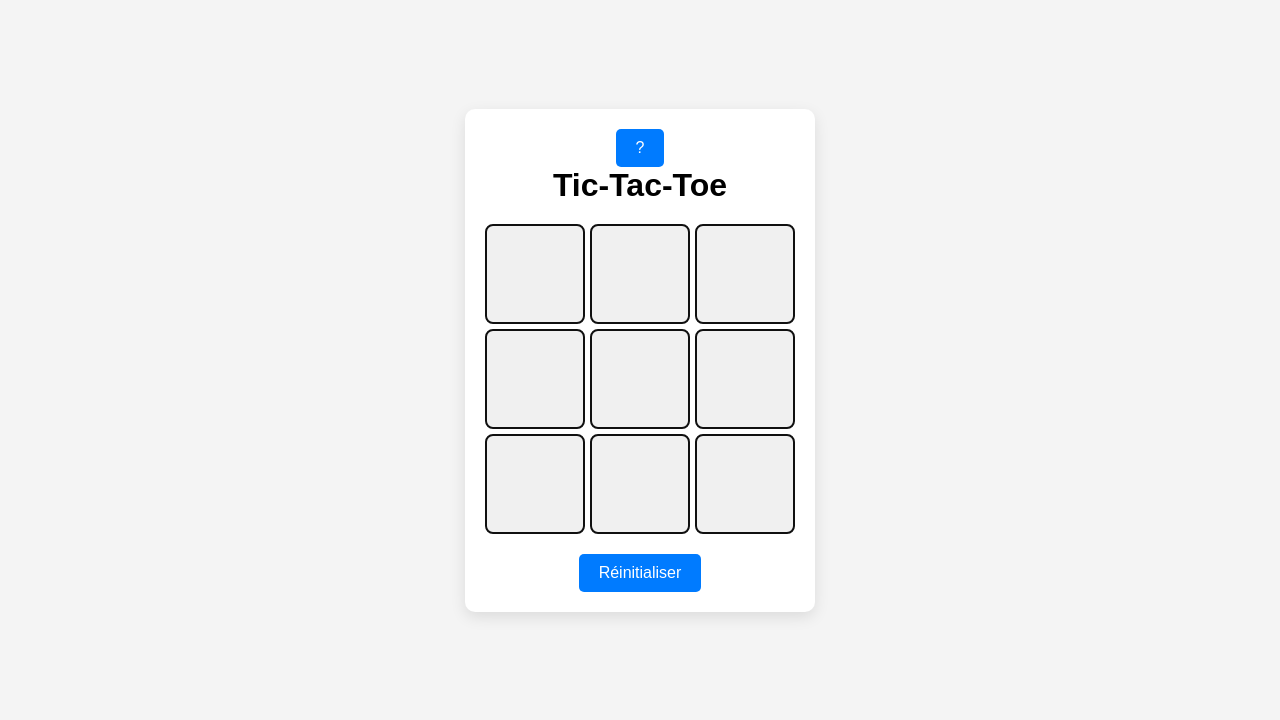
Repository: FTheo57/EvaluationGit
Page: index.html
These files come from the project's save history. The page is drawn as it stood at one moment and after a run of saves; the edit follows.
The browser window is 1280 px wide. The pictures show the whole page.

Above is the page before, as saved 2025-03-10 16:16:51.

### index.html
<!DOCTYPE html>
<html lang="fr">
<head>
    <meta charset="UTF-8">
    <meta name="viewport" content="width=device-width, initial-scale=1.0">
    <title>Tic-Tac-Toe</title>
    <link rel="stylesheet" href="/css/styles.css"
</head>
<body>
    <div class="container">
        <button class="rules-btn" id="rules-btn">?</button>
        <h1>Tic-Tac-Toe</h1>
        <div class="game-board" id="game-board">
            <div class="cell" data-index="0"></div>
            <div class="cell" data-index="1"></div>
            <div class="cell" data-index="2"></div>
            <div class="cell" data-index="3"></div>
            <div class="cell" data-index="4"></div>
            <div class="cell" data-index="5"></div>
            <div class="cell" data-index="6"></div>
            <div class="cell" data-index="7"></div>
            <div class="cell" data-index="8"></div>
        </div>
        <button id="reset">Réinitialiser</button>

    </div>

    <script src="script.js"></script>
</body>
</html>

### css/styles.css
* {
    margin: 0;
    padding: 0;
    box-sizing: border-box;
}

body {
    font-family: Arial, sans-serif;
    display: flex;
    justify-content: center;
    align-items: center;
    height: 100vh;
    background-color: #f4f4f4;
}

.container {
    text-align: center;
    background-color: white;
    padding: 20px;
    border-radius: 10px;
    box-shadow: 0 5px 15px rgba(0, 0, 0, 0.1);
}

h1 {
    margin-bottom: 20px;
    font-size: 2rem;
}

.game-board {
    display: grid;
    grid-template-columns: repeat(3, 100px);
    grid-template-rows: repeat(3, 100px);
    gap: 5px;
    margin-bottom: 20px;
}

.cell {
    width: 100px;
    height: 100px;
    background-color: #f0f0f0;
    display: flex;
    justify-content: center;
    align-items: center;
    font-size: 2rem;
    cursor: pointer;
    border: 2px solid #101010;
    border-radius: 8px;
    transition: background-color 0.3s ease;
}

.cell:hover {
    background-color: #e0e0e0;
}

button {
    padding: 10px 20px;
    font-size: 1rem;
    cursor: pointer;
    background-color: #007bff;
    color: white;
    border: none;
    border-radius: 5px;
    transition: background-color 0.3s ease;
}

button:hover {
    background-color: #0056b3;
}

Loaded but not shown: js/script.js (no copy from this time; the picture is the same without it)

After the next 2 saves:
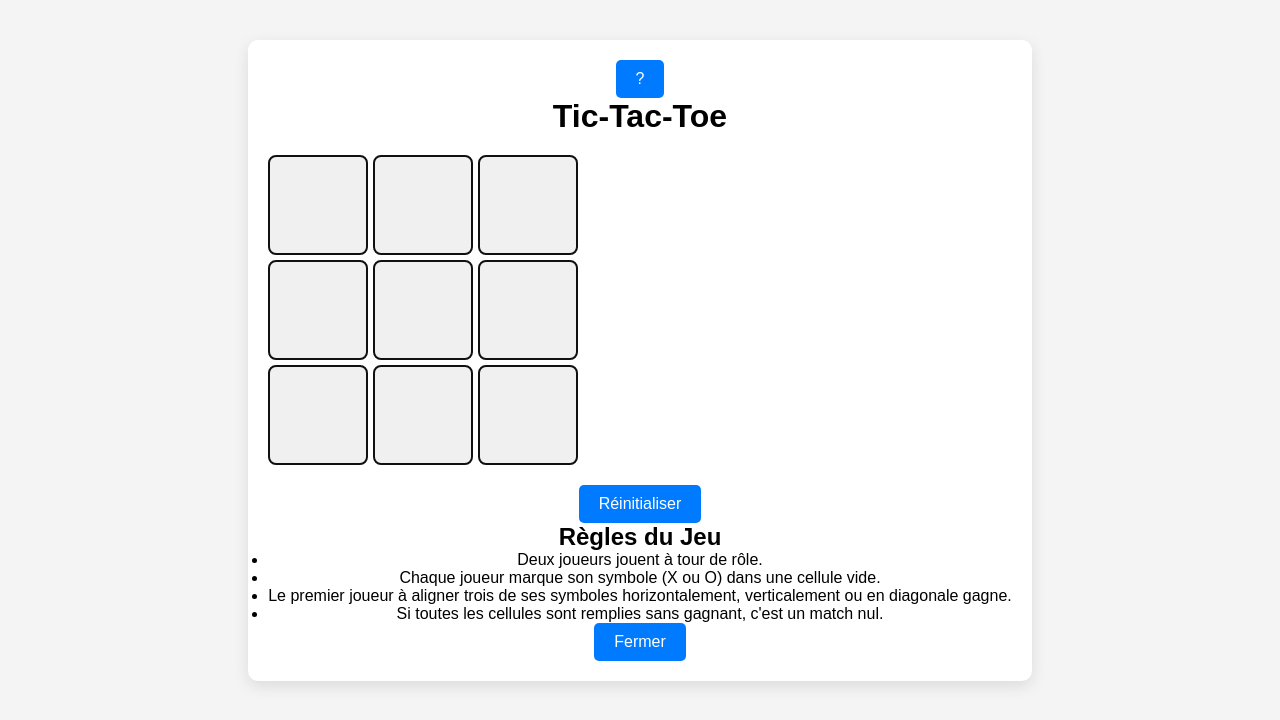
The 2 saves are shown as one change because they came seconds apart.
The last was saved 11 s later.
--- a/index.html
+++ b/index.html
@@ -22,8 +22,20 @@
             <div class="cell" data-index="8"></div>
         </div>
         <button id="reset">Réinitialiser</button>
+        <div class="popup" id="popup">
+            <div class="popup-content">
+                <h2>Règles du Jeu</h2>
+                <ul>
+                    <li>Deux joueurs jouent à tour de rôle.</li>
+                    <li>Chaque joueur marque son symbole (X ou O) dans une cellule vide.</li>
+                    <li>Le premier joueur à aligner trois de ses symboles horizontalement, verticalement ou en diagonale gagne.</li>
+                    <li>Si toutes les cellules sont remplies sans gagnant, c'est un match nul.</li>
+                </ul>
+                <button id="close-popup">Fermer</button>
+            </div>
+        </div>
+    </div>
 
-    </div>
 
     <script src="script.js"></script>
 </body>
